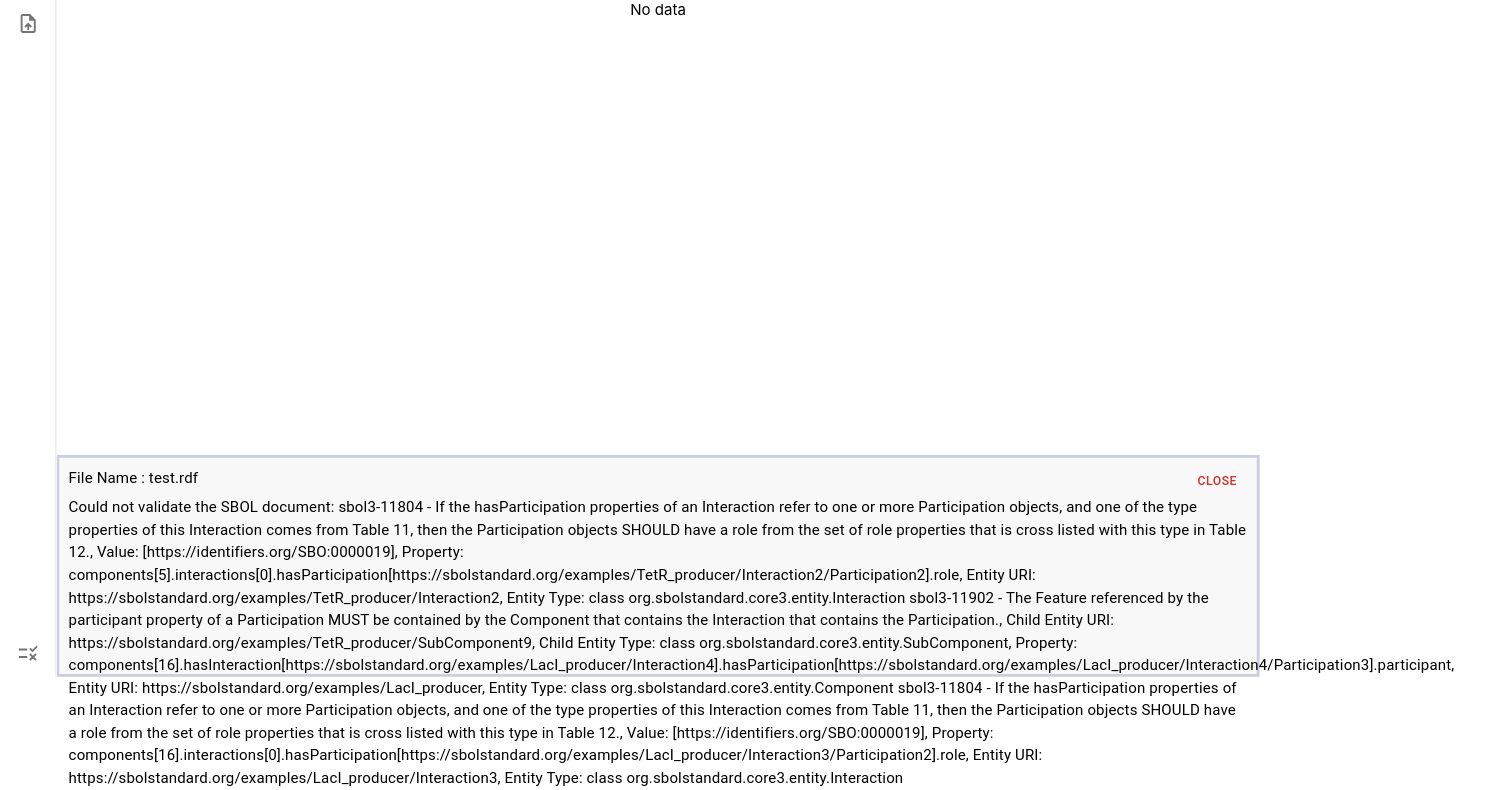
Repository: imark00/sbolInsight_frontend
Page: /, after clicking the first element matching `div.MuiPaper-root > :nth-child(2)`
The author's editor kept a copy of each file at every save. The page is drawn from the files as they stood at one save, then again after the next save.
The browser window is 1280 px wide. The page is 1547 px wide, then 1598 px, then 1547 px, so the pictures cover 1598 px, including what lies to the right of the window. The pictures show the whole page, at 94% of full size.
The project was rebuilt for these pictures with package versions that can differ from the ones it lists, and the page was loaded fresh each time. Also part of the build but not shown: src/App.css.

Above is the page before, as saved 2024-08-19 12:05:58.

### src/App.js
import './App.css';
import SBOLInsightPage from './sbolInsight';

function App() {
  return (
    <SBOLInsightPage />
  );
}

export default App;

### src/sbolInsight.js
import React, { useState } from "react";
import { Drawer, Box, IconButton, Typography, Modal, Button, Divider } from "@mui/material";
import UploadFileIcon from '@mui/icons-material/UploadFile';
import RuleOutlinedIcon from '@mui/icons-material/RuleOutlined';
import { useDropzone } from 'react-dropzone'
import { List, ListItem, ListItemIcon, ListItemText } from '@mui/material';
import InsertDriveFileOutlinedIcon from '@mui/icons-material/InsertDriveFileOutlined';
import axios from "axios";


const drawerWidth = 60

// function timeout(delay) {
//     return new Promise(res => setTimeout(res, delay));
// }

const SBOLInsightPage = () => {

    const [openVModal, setOpenVModal] = useState(false);
    const openValidationModal = () => setOpenVModal(true);
    const closeValidationModal = () => setOpenVModal(false);

    const [testData, setTestData] = useState('');

    const [open, setOpen] = useState(false);
    const openUploadFileModal = () => setOpen(true);
    const closeUploadFileModal = () => setOpen(false);

    const { acceptedFiles, getRootProps, getInputProps } = useDropzone({
        maxFiles: 1, accept: {
            'application/rdf+xml': ['.rdf'],
            'text/turtle': ['.ttl'],
        }
    });
    const files = acceptedFiles.map(file => (
        <ListItem
            key={file.path}
        >
            <ListItemIcon>
                <InsertDriveFileOutlinedIcon />
            </ListItemIcon>
            <ListItemText primary={file.path} />
        </ListItem>
    ));

    // const [uploadProgress, setUploadProgress] = useState(0);

    const message = "Could not validate the SBOL document:\r\nsbol3-11804 - If the hasParticipation properties of an Interaction refer to one or more Participation objects, and one of the type properties of this Interaction comes from Table 11, then the Participation objects SHOULD have a role from the set of role properties that is cross listed with this type in Table 12.,\r\n\tValue: [https://identifiers.org/SBO:0000019],\r\n\tProperty: components[5].interactions[0].hasParticipation[https://sbolstandard.org/examples/TetR_producer/Interaction2/Participation2].role,\r\n\tEntity URI: https://sbolstandard.org/examples/TetR_producer/Interaction2,\r\n\tEntity Type: class org.sbolstandard.core3.entity.Interaction\r\n\r\nsbol3-11902 - The Feature referenced by the participant property of a Participation MUST be contained by the Component that contains the Interaction that contains the Participation.,\r\n\tChild Entity URI: https://sbolstandard.org/examples/TetR_producer/SubComponent9,\r\n\tChild Entity Type: class org.sbolstandard.core3.entity.SubComponent,\r\n\tProperty: components[16].hasInteraction[https://sbolstandard.org/examples/LacI_producer/Interaction4].hasParticipation[https://sbolstandard.org/examples/LacI_producer/Interaction4/Participation3].participant,\r\n\tEntity URI: https://sbolstandard.org/examples/LacI_producer,\r\n\tEntity Type: class org.sbolstandard.core3.entity.Component\r\n\r\nsbol3-11804 - If the hasParticipation properties of an Interaction refer to one or more Participation objects, and one of the type properties of this Interaction comes from Table 11, then the Participation objects SHOULD have a role from the set of role properties that is cross listed with this type in Table 12.,\r\n\tValue: [https://identifiers.org/SBO:0000019],\r\n\tProperty: components[16].interactions[0].hasParticipation[https://sbolstandard.org/examples/LacI_producer/Interaction3/Participation2].role,\r\n\tEntity URI: https://sbolstandard.org/examples/LacI_producer/Interaction3,\r\n\tEntity Type: class org.sbolstandard.core3.entity.Interaction"


    const testAPI = async () => {
        try {
            let response = await fetch("http://localhost:8080/api/test")
            if (response.status === 200) {
                let data = await response.json()
                setTestData(data)
            }
        } catch (error) {
            console.error('Error:', error)
        }
    }
    // useEffect(() => { testAPI() }, [])

    const getGraphData = async () => {
        try {
            const url = "http://localhost:8080/api/graph-data"
            const formData = new FormData();
            formData.append('file', acceptedFiles[0]);
            const config = {
                headers: {
                    'content-type': 'multipart/form-data',
                },
                // onUploadProgress: function (progressEvent) {
                //     const percentCompleted = Math.round((progressEvent.loaded * 100) / progressEvent.total);
                //     setUploadProgress(percentCompleted);
                // }
            }
            let response = await axios.post(url, formData, config)
            console.log(response)
        } catch (error) {
            console.error('Error:', error)
        }
    }


    function showValiationModal() {
        openVModal ? closeValidationModal() : openValidationModal()
    }

    function submitFile(event) {
        event.preventDefault()
        closeUploadFileModal()
        getGraphData()
    }


    return (
        <Box
            sx={{ display: 'flex' }}
        >
            {/* Drawer */}
            <Drawer
                sx={{
                    width: drawerWidth,
                    flexShrink: 0,
                    '& .MuiDrawer-paper': {
                        width: drawerWidth,
                        boxSizing: 'border-box',
                        padding: '5px',
                        display: 'flex',
                        flexDirection: 'column',
                        justifyContent: 'space-between',
                    },
                }}
                variant="permanent"
                anchor="left"
            >
                <IconButton
                    onClick={openUploadFileModal}
                >
                    <UploadFileIcon />
                </IconButton>

                <IconButton
                    onClick={showValiationModal}
                >
                    <RuleOutlinedIcon />
                </IconButton>
            </Drawer>

            {/* Main content */}
            <Box sx={{
                display: 'flex',
                flexDirection: 'column',
                height: '100vh',
                width: '100%',
            }}>

                <Box
                    sx={{
                        flex: '1',
                        background: 'white',
                        display: 'flex',
                        justifyContent: 'center',
                    }}
                >
                    {testData ?
                        <Box>
                            <p> {testData.status}</p>
                            <p> {testData.app}</p>
                            <p> {testData.message}</p>
                        </Box>
                        : <Box>
                            No data
                        </Box>
                    }
                </Box>

                {/* Validation results view */}
                {openVModal ?
                    <Box
                        sx={{
                            height: '210px',
                            background: '#F8F8F8',
                            border: '3px solid #CBD0DC',
                            padding: '10px',
                        }}
                    >
                        <Box
                            sx={{
                                display: 'flex',
                                flexDirection: 'row',
                                justifyContent: 'space-between',
                            }}
                        >
                            <Typography>
                                File Name : test.rdf
                            </Typography>

                            <Button
                                variant="text"
                                size="small"
                                color="error"
                                onClick={showValiationModal}
                                sx={{ letterSpacing: "0.04em" }}
                            >
                                Close
                            </Button>
                        </Box>

                        <Typography>
                            {message}
                        </Typography>
                    </Box>
                    : null
                }

            </Box>


            {/* // Upload file modal */}
            <Modal
                open={open}
                onClose={closeUploadFileModal}
                aria-labelledby="modal-modal-title"
                aria-describedby="modal-modal-description"
                slotProps={{
                    backdrop: {
                        style: {
                            backgroundColor: 'transparent',
                            boxShadow: 'none'
                        }
                    }
                }}

            >
                <Box
                    sx={{
                        position: "absolute",
                        top: "50%",
                        left: "50%",
                        transform: "translate(-50%, -50%)",
                        width: "475px",
                        bgcolor: "background.paper",
                        boxShadow: 24,
                        borderRadius: "23px",
                    }}
                >
                    <Box
                        sx={{
                            display: 'flex',
                            flexDirection: 'row',
                            justifyContent: 'space-between',
                            paddingLeft: '11px',
                            paddingRight: '7px',
                            paddingTop: '7px',
                            paddingBottom: '2px',
                        }}
                    >
                        <Typography
                            fontSize={"19px"}
                            letterSpacing={"0.02em"}
                        >
                            Upload SBOL File
                        </Typography>

                        <Button
                            variant="text"
                            size="small"
                            color="error"
                            onClick={closeUploadFileModal}
                            sx={{ letterSpacing: "0.04em" }}
                        >
                            Close
                        </Button>
                    </Box>
                    <Divider
                        sx={{
                            borderBottomWidth: '2px',
                            borderColor: "#CBD0DC"
                        }}
                    />

                    <Box
                        sx={{
                            paddingTop: "45px",
                            paddingLeft: "25px",
                            paddingRight: "25px",
                            paddingBottom: "16px",
                            textAlign: "center",
                        }}
                    >
                        <Box
                            sx={{
                                border: "2px dashed #CBD0DC",
                                borderRadius: "14px",
                                height: "100px",
                                marginBottom: "20px",
                                width: "100%",
                                flexDirection: 'column',
                                justifyContent: 'center',
                                display: 'flex',
                            }}
                            {...getRootProps({ className: 'dropzone' })}
                        >
                            <input {...getInputProps()} />
                            <Box >
                                <Typography
                                    color={"#292D32"}
                                    fontSize={"15px"}
                                    letterSpacing={"0.04em"}
                                >
                                    Choose a file or drap and drop it here
                                </Typography>

                                <Typography
                                    color={"#A9ACB4"}
                                    fontSize={"12px"}
                                    letterSpacing={"0.04em"}
                                >
                                    RDF/XML, Turtle, N-Triples, and JSON-LD formats, up to 25MB
                                </Typography>
                            </Box>
                        </Box>

                        {/* <progress value={uploadProgress} max="100"></progress> */}

                        <List>{files}</List>

                        <Button
                            variant="contained"
                            sx={{
                                borderRadius: "11px",
                                width: "168px",
                                backgroundColor: "#084BCF",
                            }}
                            disabled={files.length === 0}
                            onClick={submitFile}
                        >
                            Submit
                        </Button>
                    </Box>



                </Box>
            </Modal>
        </Box>
    );
}

export default SBOLInsightPage;

Loaded but not shown: public/index.html (common file); src/index.js (common file); src/index.css (common file); src/reportWebVitals.js (common file)

After the next save:
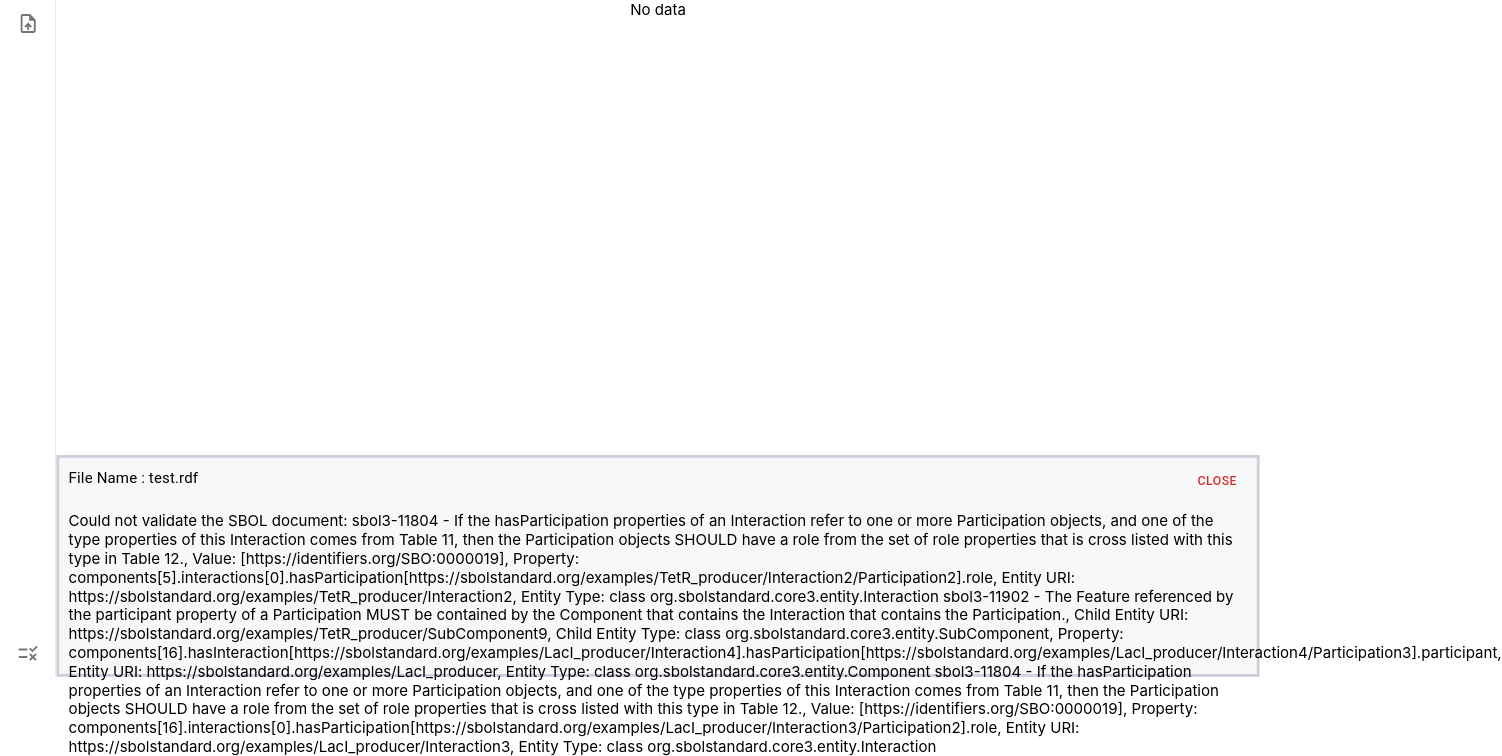
Saved 34 s later.
--- a/src/sbolInsight.js
+++ b/src/sbolInsight.js
@@ -188,9 +188,9 @@
                             </Button>
                         </Box>
 
-                        <Typography>
+                        <p>
                             {message}
-                        </Typography>
+                        </p>
                     </Box>
                     : null
                 }

After the save that followed:
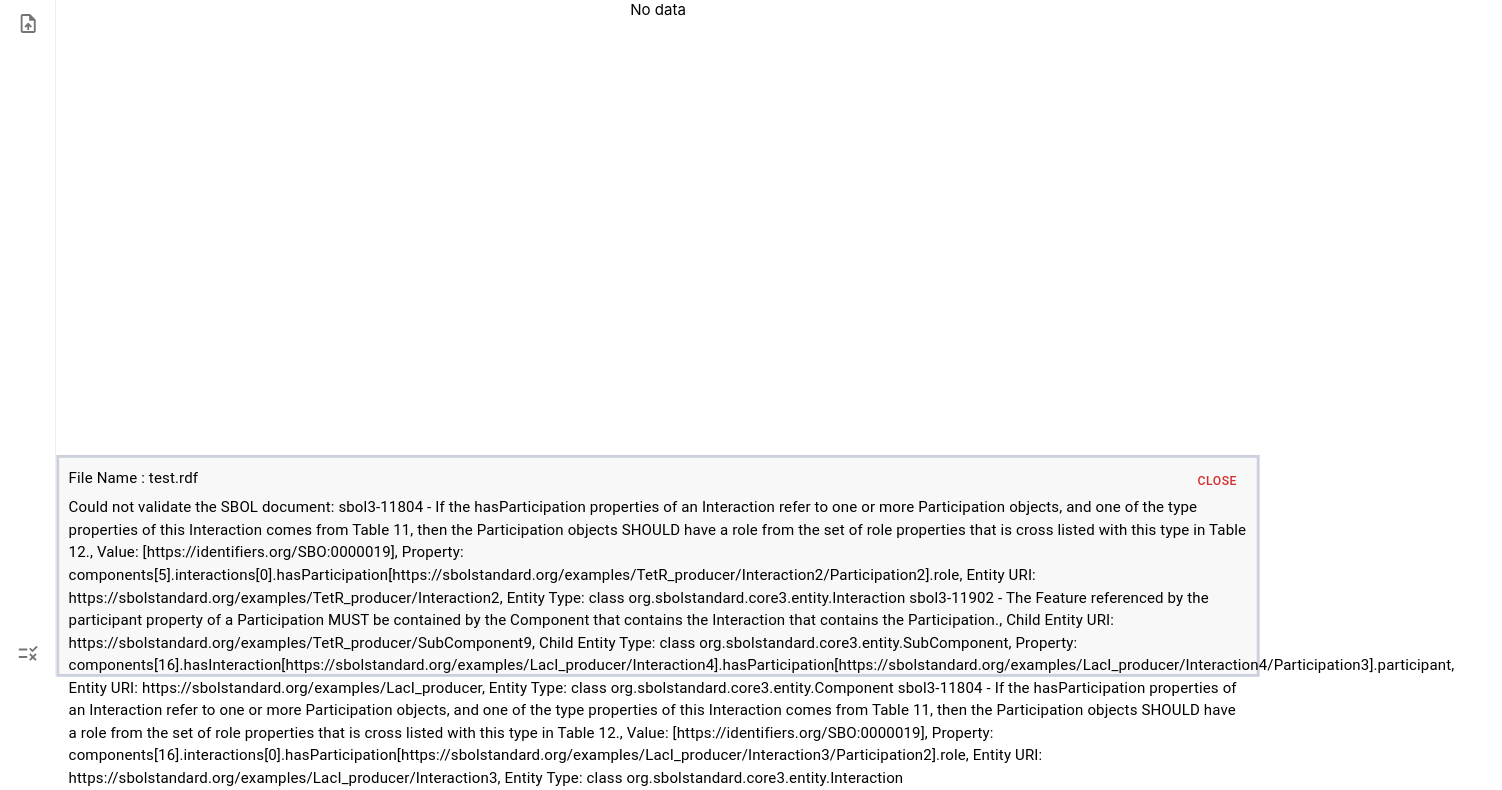
Saved 9 s later.
--- a/src/sbolInsight.js
+++ b/src/sbolInsight.js
@@ -188,9 +188,9 @@
                             </Button>
                         </Box>
 
-                        <p>
+                        <Typography>
                             {message}
-                        </p>
+                        </Typography>
                     </Box>
                     : null
                 }
